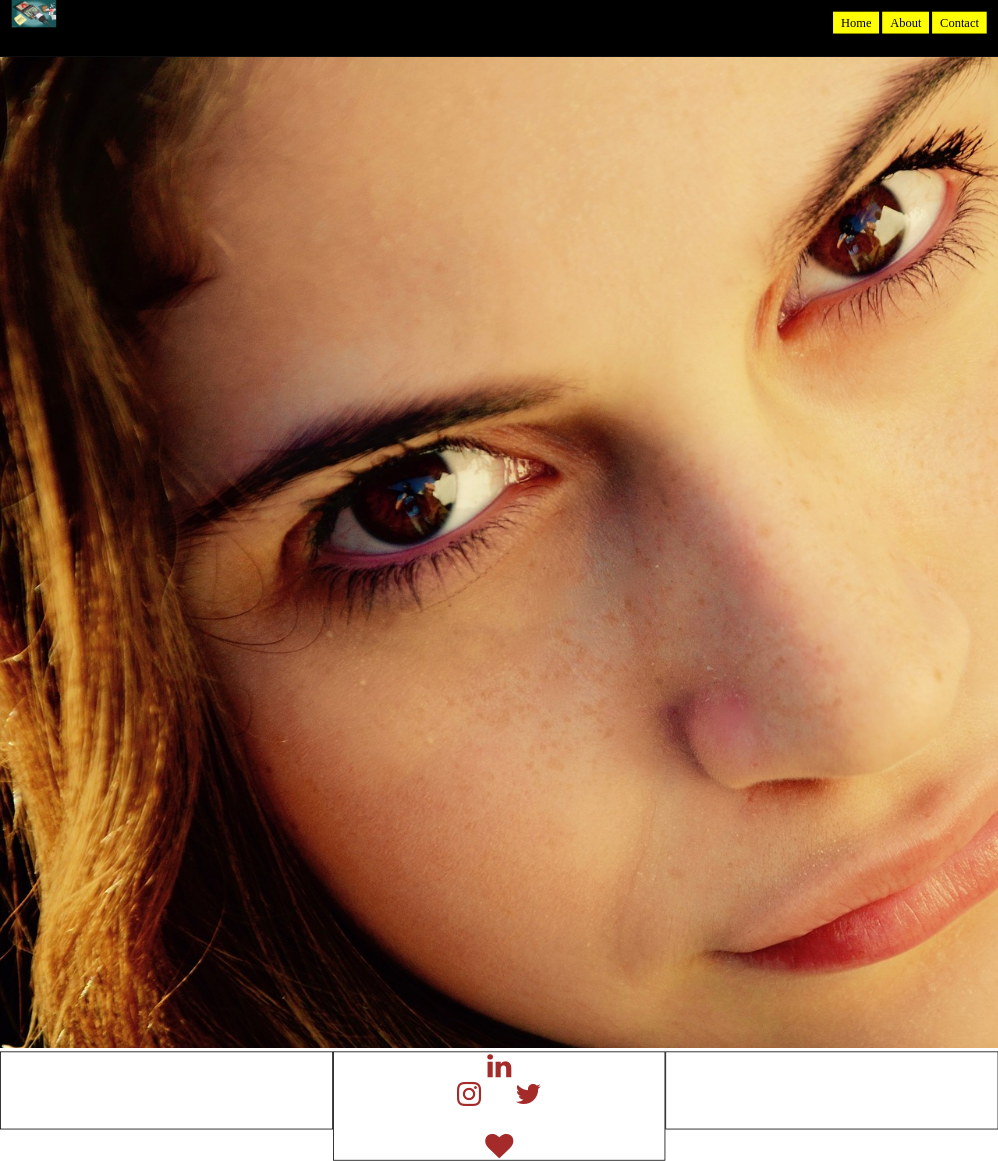
Repository: bitmogram/practicingcards
Page: about.html
The author's editor kept a record of every edit. The page is drawn from the files as they stood at one moment, then again after the next edit.
The browser window is 1280 px wide. The pictures show the whole page, at 78% of full size.

Above is the page before.

### about.html
<!DOCTYPE html>
<html lang="en">
<head>
	<meta charset="UTF-8">
	<meta name="viewport" content="width=device-width, initial-scale=1.0">
	<meta http-equiv="X-UA-Compatible" content="ie=edge">
	<meta name="author" content="Maurice Graham">
	<meta name="keywords" content="animals, animal, zoo, pets, zoo">
	<meta name="description" content="Amazing Animals">
	<link rel="stylesheet" href="css/font-awesome.min.css" type="text/css">
	<link rel="stylesheet" href="css/styles.css" type="text/css">
	<link rel="stylesheet" href="css/about.css" type="text/css">
	<title>Amazing Animals</title>
</head>
<body>
	<!-- Header -->

	<header>
		<nav class="clearfix">
			<img class="brand pull-left" src="img/money-trap.jpg" alt="Money Trap">
			<ul class="nav-links pull-right">
				<li><a href="index.html">Home</a></li>
				<li><a href="#">About</a></li>
				<li><a href="contact.html">Contact</a></li>
			</ul>
		</nav>
	</header>

	<!-- /Header -->

	<!--Main Content-->

	<main class="about-container">
	<img src="img/face.jpg" alt="face">
		<div class="about-child pull-left">
		</div>

		<div class="about-child pull-left">
		</div>
	</main>

<!--/Main Content -->

	<!--Footer -->
		<!--Four Social Media Icons-->

	<footer>
		<section class= "pull-left"></section>
		<section class= "pull-left">
			<div class="i-container centered">
				<i class="icon fa fa-linkedin" aria-hidden="true"></i>
				<div class="clearfix">
					<i class="icon pull-left fa fa-instagram" aria-hidden="true"></i>
					<i class="icon pull-right fa fa-twitter" aria-hidden="true"></i>
				</div>
				<i class="icon fa fa-heart" aria-hidden="true"></i>
			</div>
		</section>
		<section class= "pull-left"></section>


	</footer>

	<!-- /Footer-->

</body>
</html>

### css/styles.css
* {
    margin: 0;
    padding: 0;
    box-sizing: border-box;
}

/*Helper Classes*/
.clearfix::after {
  content: "";
  display: block;
  clear: both;
  padding: 15px;
}
.pull-left {
    float: left;
}
.pull-right {
    float:right;
}

.text-centered {
    text-align: center;
}

.card h1, .card p {
    margin-top: 30px;
    padding: 15px;
}

.centered {
    margin: 0 auto;
}
/*/Helper Classes*/

/*Header*/
nav {
    background-color: black;
    padding: 0 15px;
}
.brand {
    height: 35px;
}
.nav-links {
    list-style-type: none;
    margin-top: 15px;
}
.nav-links li {
    display: inline-block;
    background-color: yellow;
    padding: 5px 10px;
}
.nav-links li a {
    text-decoration: none;
    color: #000;
}

/*/Header*/
footer section {
    min-height: 100px;
    width: calc(100% / 3);
    border: 1px solid #000;
}
.i-container {
    text-align: center;
    width: 108px;
}

.box {
    height: 50px;
    width: 50px;
    background-color: #000;
}

.icon {
    font-size: 36px;
    color: brown;

}

/*/Footer*/


/*Hero Section*/

.hero {
    height: 700px;
    background-image: url("../img/lion-girl.jpg");
    background-position: center center;
    background-size: 100%;
    /*opacity: .2;*/
}

.banner {
    padding: 10px 15px;
    background-color: rgba(0, 0, 0, .4);
    color:; #cacaca;
    display: inline-block;
    margin: 75px 75px 75px 75px;
    font-size: 200%;
    text-shadow: 4px 6px 8px #cacaca;
}

.card {
    /*width: calc(60% / 3);*/
    width: 20%;
    margin: 75px 0 75px 10%;
    /*margin: 75px 0px 75px calc(40% / 4);*/
    /*height: 350px;*/
    background-color: #d3d3d3;
    box-shadow:5px 7px 5px #000;
}

.card img {
    height: 95px;
    display: block;
    border-radius: 20%;
    box-shadow: 3px 4px 4px #000;
    margin: 20px 50px 20px calc(100% / 4);
}
/*/Hero Section*/


.about-container {
    /*opacity: .2;*/
    width: 100%;
    height: auto;
    border: 20px 25px;
    overflow: auto;

}

.about-child-one {
    background-color: black;
    padding: 3px;
    border: 10px solid;
    border-color: white;
    float: left;
    width: 40%;
    height: auto;
    color: white;
}

.about-child-two {
    background-color: black;
    padding: 3px;
    border: 10px solid;
    border-color: white;
    float: left;
    width: 60%;
    height: auto;
    color: white;
}
.clear-float {
    overflow: auto;
    clear: both;
}


.about-child-two iframe {
    width: 560px;
    height: 560px;
}

Loaded but not shown: css/font-awesome.min.css (library); css/about.css (no stored copy; drawn as an empty file)

After the next edit:
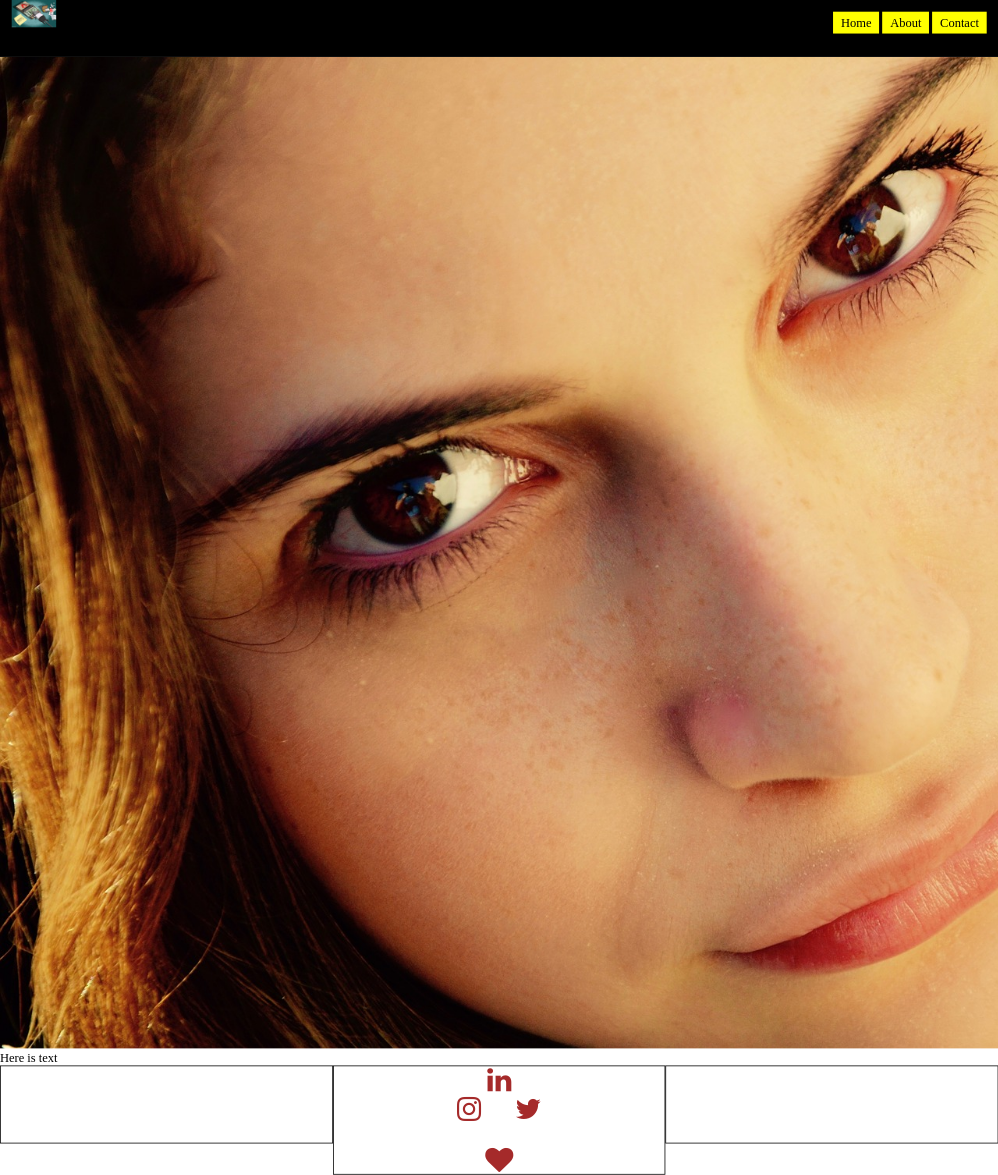
The edit:
--- a/about.html
+++ b/about.html
@@ -32,7 +32,7 @@
 
 	<main class="about-container">
 	<img src="img/face.jpg" alt="face">
-		<div class="about-child pull-left">
+		<div class="about-child">Here is text
 		</div>
 
 		<div class="about-child pull-left">
